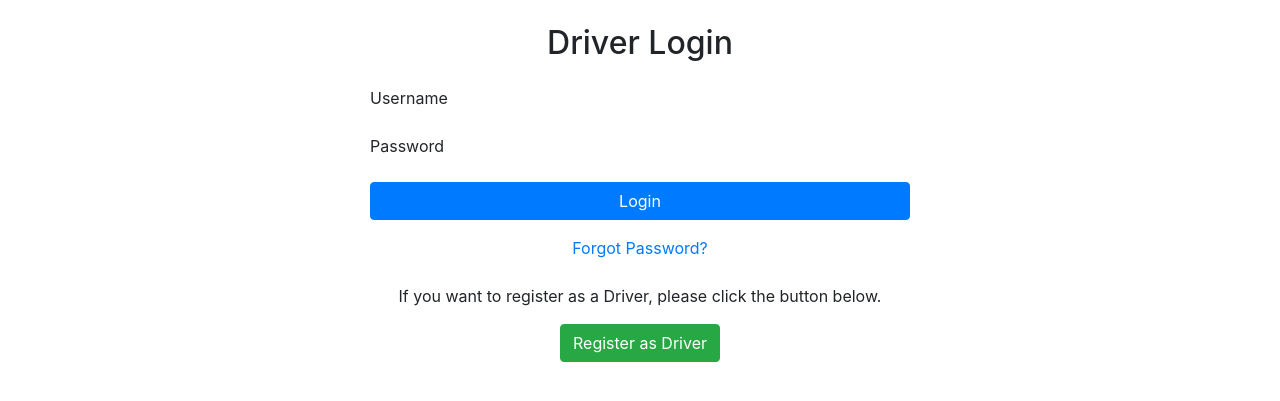
Repository: Jijiluzana225/indahagdelivery.com
Page: store/templates/store/driver_login.html
An editor plug-in stored every save of this project. The page is shown before and after the next save, followed by the edit.
The browser window is 1280 px wide. The pictures show the whole page.
The template is drawn by Django 5.2. The application's start-up code is not run. Other server files are loaded and not shown. The template is opened directly, without the code that normally fills it, so the values that code supplies are empty.

Above is the page before, as saved 2025-06-25 09:21:01.

### store/templates/store/driver_login.html
<!-- driver_login.html -->
<!DOCTYPE html>
<html lang="en">
<head>
    <meta charset="UTF-8">
    <meta name="viewport" content="width=device-width, initial-scale=1.0">
    <title>Driver Login</title>
    <link rel="stylesheet" href="https://cdnjs.cloudflare.com/ajax/libs/bootstrap/4.5.2/css/bootstrap.min.css">
</head>
<body>

<div class="container">
    <div class="row justify-content-center">
        <div class="col-md-6">
            <h2 class="text-center my-4">Driver Login</h2>

            {% if messages %}
                <div class="alert alert-info">
                    {% for message in messages %}
                        <p>{{ message }}</p>
                    {% endfor %}
                </div>
            {% endif %}

            <form method="POST">
                {% csrf_token %}

                <div class="form-group">
                    <label for="username">Username</label>
                    {{ form.username }}
                </div>

                <div class="form-group">
                    <label for="password">Password</label>
                    {{ form.password }}
                </div>

                <button type="submit" class="btn btn-primary btn-block">Login</button>
            </form>

            <p class="mt-3 text-center"><a href="{% url 'password_reset' %}">Forgot Password?</a></p>

            <!-- Add registration link for drivers -->
            <div class="mt-4 text-center">
                <p>If you want to register as a Driver, please click the button below.</p>
                <a href="{% url 'driver_register' %}" class="btn btn-success">Register as Driver</a>
            </div>
        </div>
    </div>
</div>

</body>
</html>

After the next save:
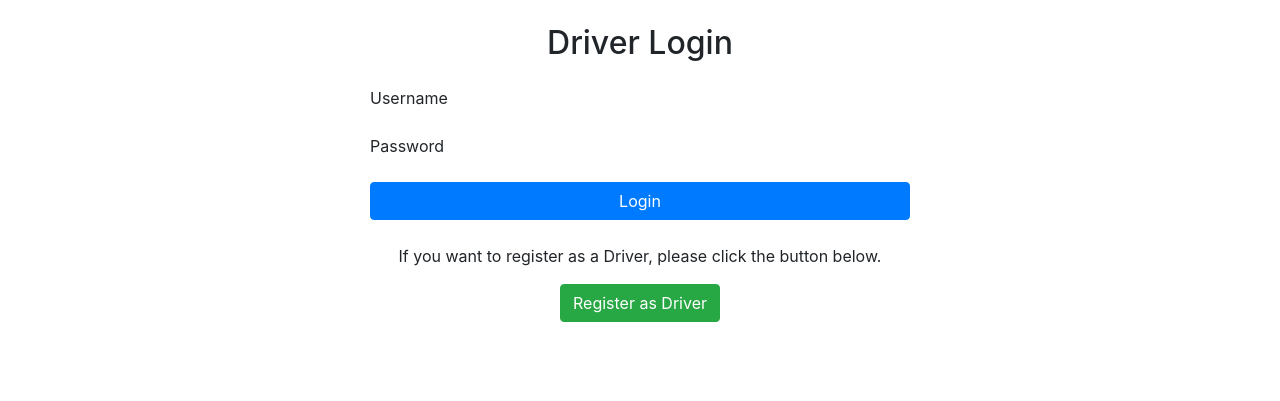
Saved 22 s later.
--- a/store/templates/store/driver_login.html
+++ b/store/templates/store/driver_login.html
@@ -38,7 +38,7 @@
                 <button type="submit" class="btn btn-primary btn-block">Login</button>
             </form>
 
-            <p class="mt-3 text-center"><a href="{% url 'password_reset' %}">Forgot Password?</a></p>
+
 
             <!-- Add registration link for drivers -->
             <div class="mt-4 text-center">
